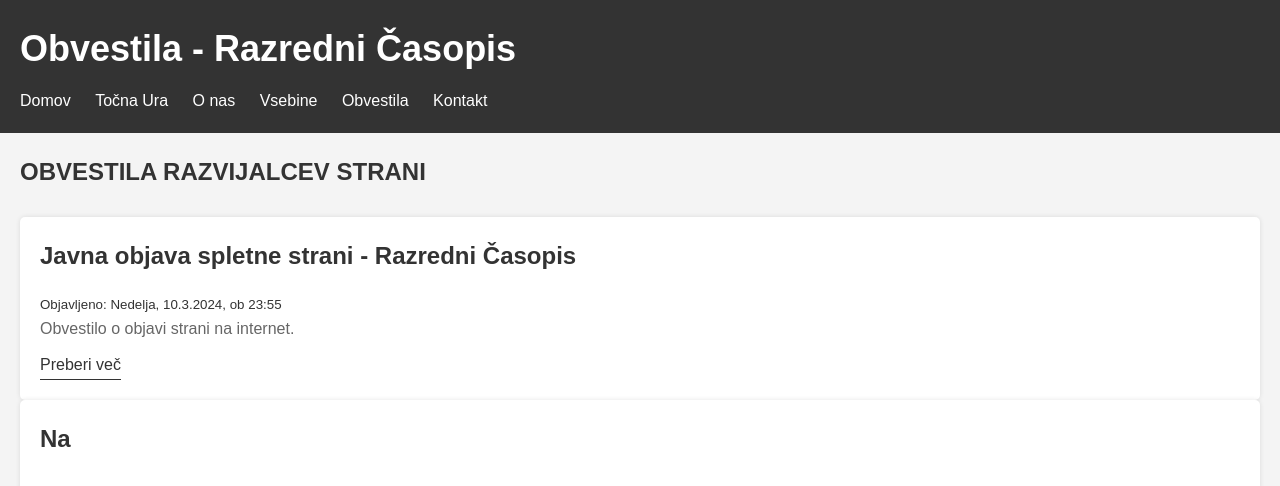
Repository: razrednicasopis/razrednicasopis.github.io
Page: Resources/obvestila.html
An editor plug-in stored every save of this project. The page is shown before and after a run of saves, followed by the edit.
The browser window is 1280 px wide. The pictures show the whole page.

Above is the page before, as saved 2024-03-12 12:56:34.
Console error: ReferenceError: maintenanceMode is not defined

After the next 2 saves:
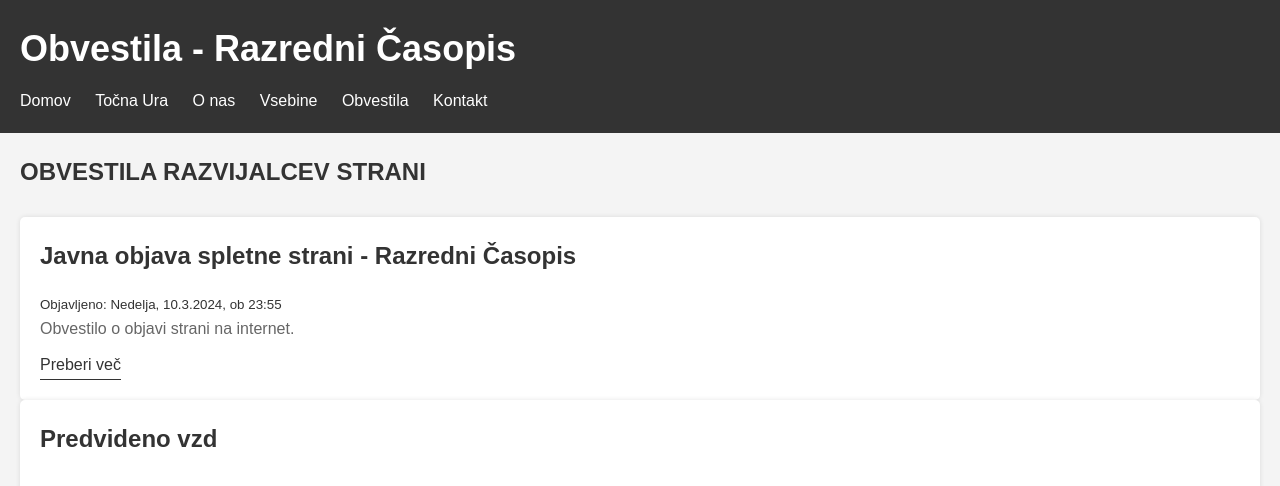
The 2 saves are shown as one change because they came seconds apart.
The last was saved 12 s later.
--- a/Resources/obvestila.html
+++ b/Resources/obvestila.html
@@ -40,7 +40,7 @@
               </article>
                 <p>
                   <article>
-                    <h2>Na</h2>
+                    <h2>Predvideno vzd</h2>
                   </article>
                 </p>
           </section>
